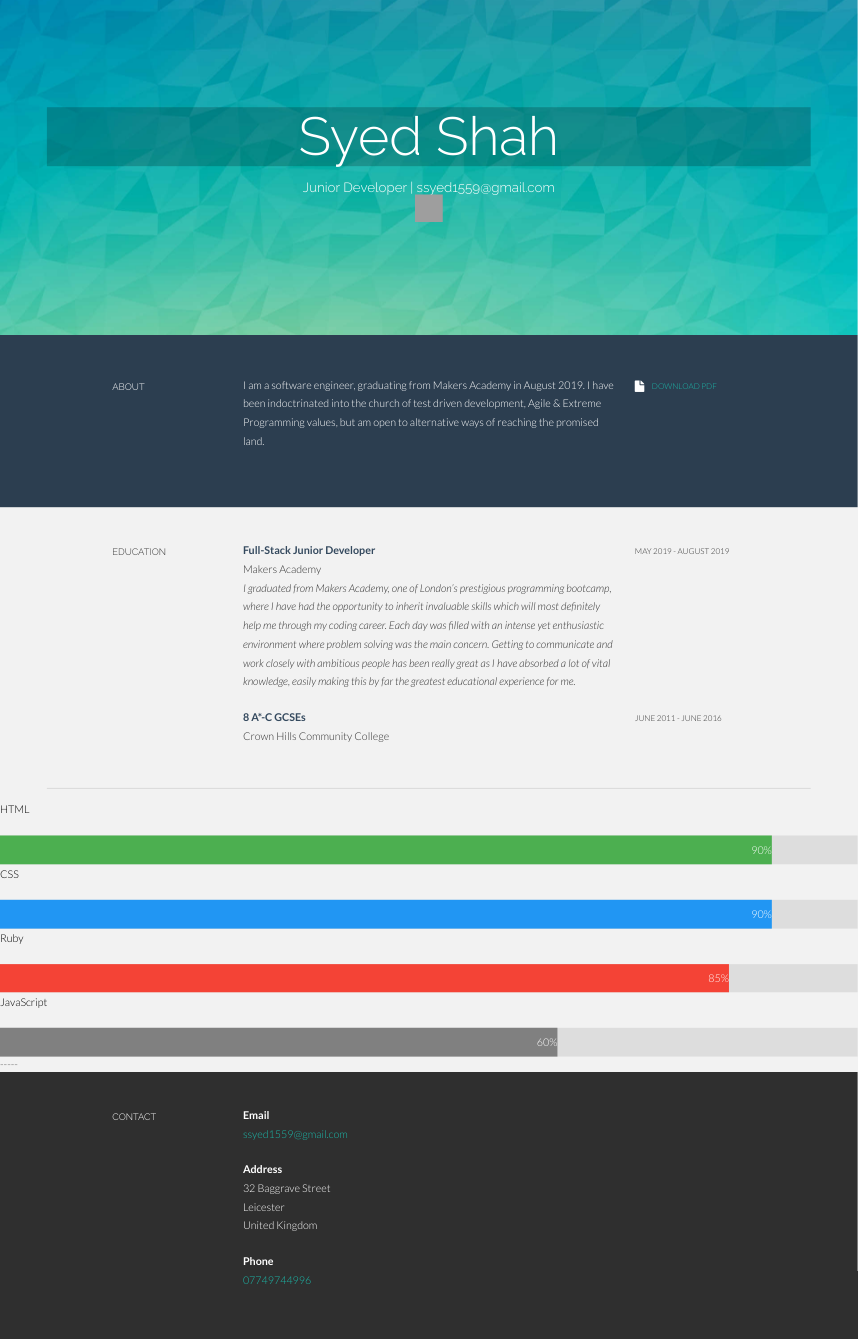
Repository: Syed-A-Shah/Resume
Page: index.html
The author's editor kept a record of every edit. The page is drawn from the files as they stood at one moment, then again after the next edit.
The browser window is 1280 px wide. The pictures show the whole page, at 67% of full size.
Pictures or frames that could not be fetched are drawn as grey boxes.

Above is the page before.

After the next edit:
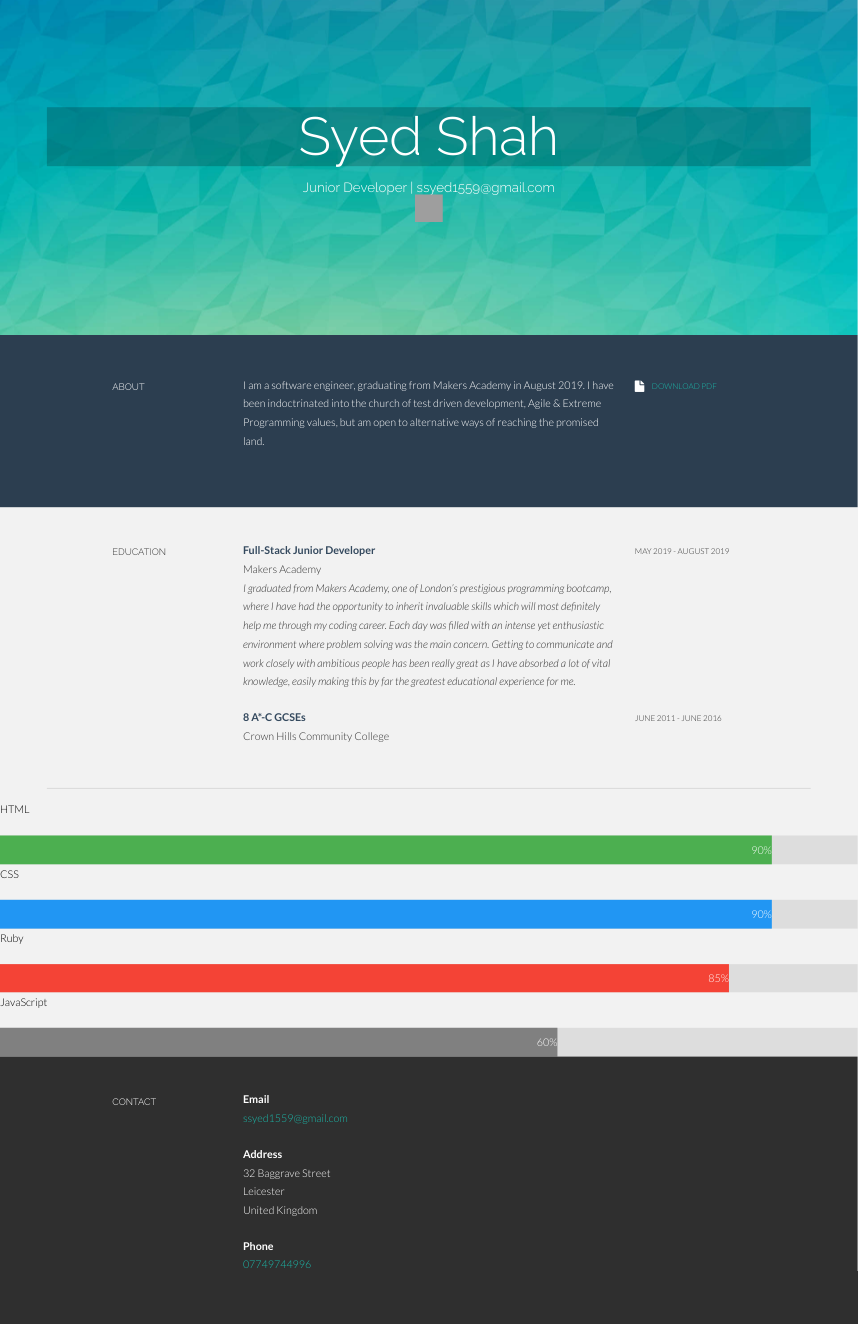
The edit:
--- a/index.html
+++ b/index.html
@@ -126,7 +126,6 @@
 	<div class="container2">
 	  <div class="skills js">60%</div>
 	</div>
-	-----
 	<!--<div class="container desc">-->
 	<!--	<div class="row">-->
 
